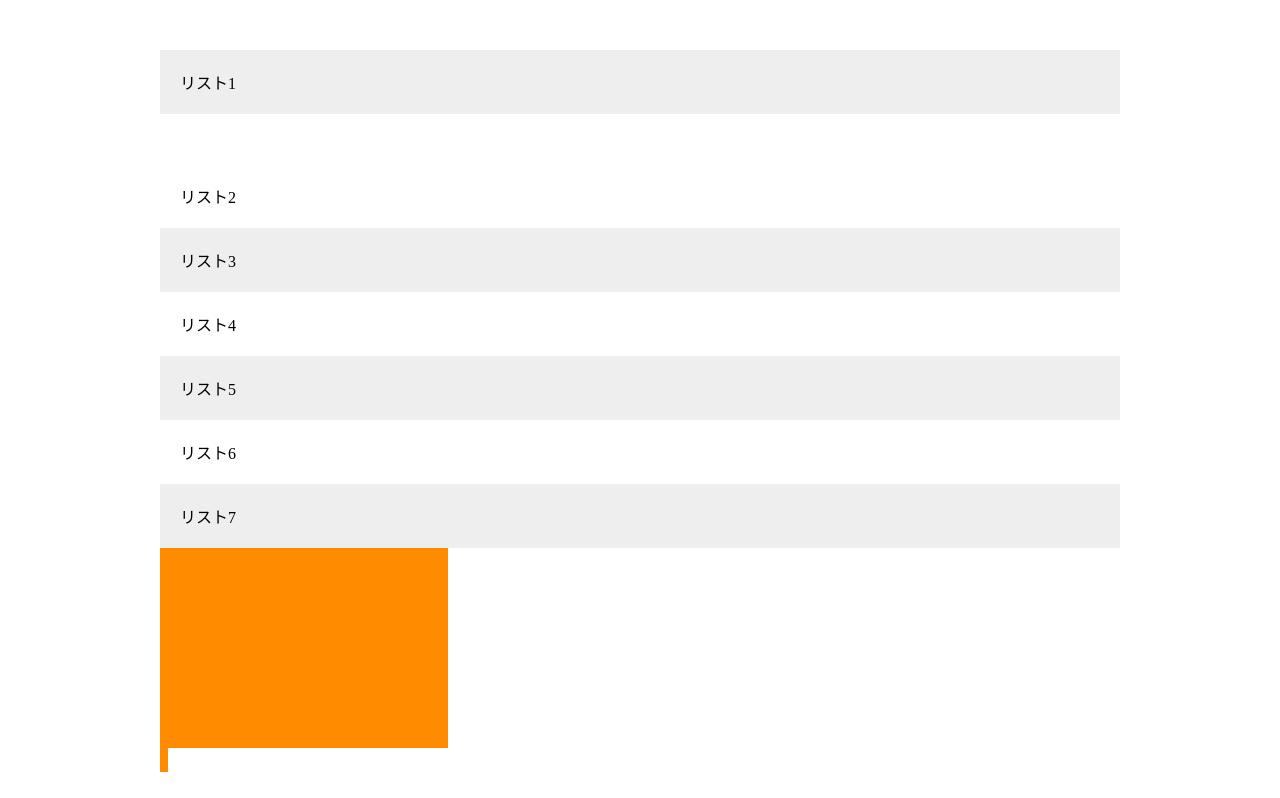
Repository: ayakodesu/html-practice
Page: chapter8_exercise/chapter8.html
The author's editor kept a record of every edit. The page is drawn from the files as they stood at one moment, then again after the next edit.
The browser window is 1280 px wide. The pictures show the whole page.

Above is the page before.

### chapter8_exercise/chapter8.html
<!DOCTYPE html>
<html lang="ja">
  <head>
    <meta charset="UTF-8" />
    <title>8章演習</title>
    <link rel="stylesheet" href="chapter8.css" />
  </head>
  <body>
    <main>
      <ul class="item-list">

        <li class="item">リスト1</li></ul>


        <li class="item">リスト2</li></ul>


        <li class="item">リスト3</li></ul>


        <li class="item">リスト4</li></ul>


        <li class="item">リスト5</li></ul>


        <li class="item">リスト6</li></ul>


        <li class="item">リスト7</li></ul>

      </ul>


      <div class="box-list">
        <div class="box">

      <div class="box-list">
        <div class="box">

      <div class="box-list">
        <div class="box">

    　 <div class="box-list">
        <div class="box">

       <div class="box-list">
        <div class="box">

       <div class="box-list">
        <div class="box">

       <div class="box-list">
        <div class="box">

       <div class="box-list">
        <div class="box">

       <div class="box-list">
        <div class="box">


      </div>
    </main>
  </body>
</html>

### chapter8_exercise/chapter8.css
* {
  margin: 0;
  padding: 0;
  box-sizing: border-box;
}

main {
  width: 960px;
  margin: 50px auto;
}

.item-list {
  margin-bottom: 50px;
 list-style: none;

}

.item {
  padding: 20px;
  list-style: none;
}





.item:nth-child(odd) {
    background-color: #eee;
}

.box-list {
  display: flex;
  flex-wrap: wrap;
}

.box {
  background-color: #ffd700;
  width: 30%;
  height: 200px;
  margin-right: 5%;
  margin-bottom: 40px;
}

.box:first-child,
.box:nth-child(5),
.box:last-child {
  background-color: #ff8c00;
}

.box:nth-child(3n) {
  margin-right: 0;
}

.box:nth-last-child(-n + 3) {
  margin-bottom: 0;
}

After the next edit:
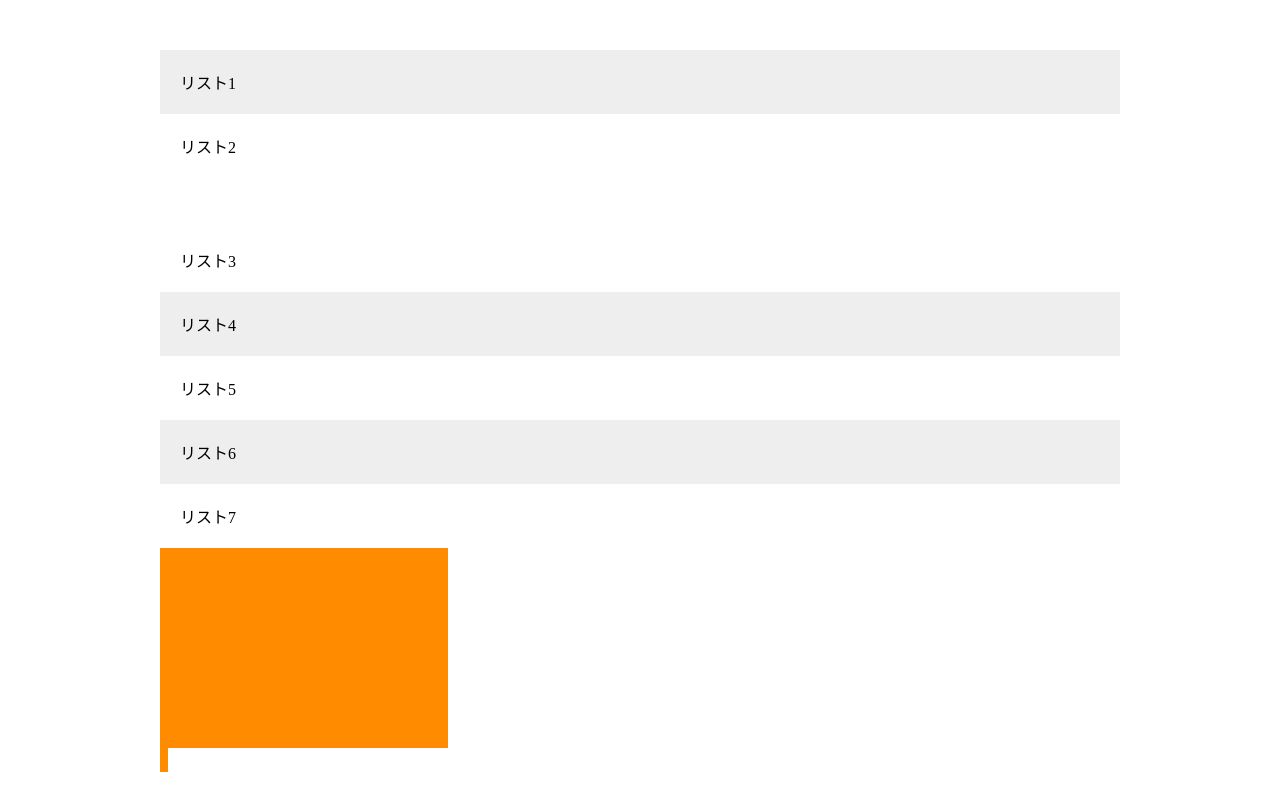
The edit:
--- a/chapter8_exercise/chapter8.html
+++ b/chapter8_exercise/chapter8.html
@@ -9,7 +9,7 @@
     <main>
       <ul class="item-list">
 
-        <li class="item">リスト1</li></ul>
+        <li class="item">リスト1</li>
 
 
         <li class="item">リスト2</li></ul>
